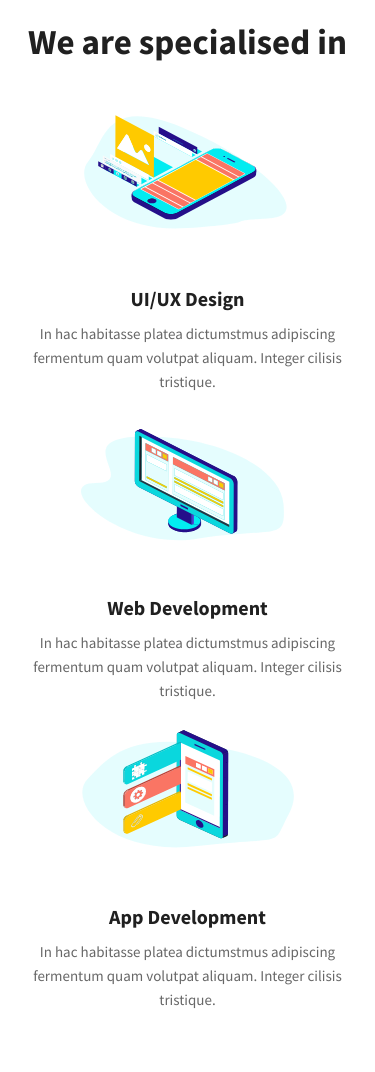
Repository: advert31337/marafon_from0to1_MartaUP
Page: index.html
These files come from the project's save history. The page is drawn as it stood at one moment and after the next save; the edit follows.
The browser window is 375 px wide. The pictures show the part of the page from y = 580 to 1652 px (the page is 1652 px tall before and 1647 px after).

Above is the page before, as saved 2020-03-08 15:34:07.

### index.html
<!DOCTYPE html>
<html lang="en">

<head>
    <meta charset="UTF-8">
    <meta name="viewport" content="width=device-width, initial-scale=1.0">
    <title>Marafon MartaUP</title>
    <link href="https://fonts.googleapis.com/css?family=Source+Sans+Pro:400,600,700&display=swap" rel="stylesheet">
    <link rel="stylesheet" href="css/reset.css">
    <link rel="stylesheet" href="css/slick.css">
    <link rel="stylesheet" href="css/style.css">
</head>

<body>
    <header class="header">

        <div class="container">
            <div class="header__top">

                <div class="logo">
                    <a href="#!">+
                        <img src="images/logo.svg" alt="">
                    </a>
                </div>

                <nav class="menu">
                    <div class="menu__btn">
                        <span>

                        </span>
                    </div>
                    <ul class="menu__list">
                        <li><a class="menu__list-item" href="#">home</a></li>
                        <li><a class="menu__list-item" href="#">work</a></li>
                        <li><a class="menu__list-item" href="#">about</a></li>
                        <li><a class="menu__list-item" href="#">contact</a></li>
                    </ul>
                </nav>

                <div class="header-btn">
                    <a class="login" href="#">login</a>
                    <a class="sign-up" href="#">sign up</a>
                </div>

            </div>

            <div class="header-slider">
                <div class="header-slider__item">
                    <div class="header-slider__item-content">

                        <div class="header-slider__item-info">
                            <h3 class="header-slider__title">
                                We Build Apps & Websites
                                for Your Business
                            </h3>
                            <div class="header-slider__description">
                                For startups, For businesses & For you
                            </div>
                            <a href="" class="header-slider__btn">Request a quote</a>
                        </div>

                        <div class="header-slider__item-images">
                            <img src="images/slider-img.png" alt="">
                        </div>
                    </div>
                </div>


                <div class="header-slider__item">
                    <div class="header-slider__item-content">

                        <div class="header-slider__item-info">
                            <h3 class="header-slider__title">
                                We Build Apps & Websites
                                for Your Business
                            </h3>
                            <div class="header-slider__description">
                                For startups, For businesses & For you
                            </div>
                            <a href="" class="header-slider__btn">Request a quote</a>
                        </div>

                        <div class="header-slider__item-images">
                            <img src="images/slider-img.png" alt="">
                        </div>
                    </div>
                </div>


                <div class="header-slider__item">
                    <div class="header-slider__item-content">

                        <div class="header-slider__item-info">
                            <h3 class="header-slider__title">
                                We Build Apps & Websites
                                for Your Business
                            </h3>
                            <div class="header-slider__description">
                                For startups, For businesses & For you
                            </div>
                            <a href="" class="header-slider__btn">Request a quote</a>
                        </div>

                        <div class="header-slider__item-images">
                            <img src="images/slider-img.png" alt="">
                        </div>
                    </div>
                </div>


                <div class="header-slider__item">
                    <div class="header-slider__item-content">

                        <div class="header-slider__item-info">
                            <h3 class="header-slider__title">
                                We Build Apps & Websites
                                for Your Business
                            </h3>
                            <div class="header-slider__description">
                                For startups, For businesses & For you
                            </div>
                            <a href="" class="header-slider__btn">Request a quote</a>
                        </div>

                        <div class="header-slider__item-images">
                            <img src="images/slider-img.png" alt="">
                        </div>
                    </div>
                </div>


                <div class="header-slider__item">
                    <div class="header-slider__item-content">

                        <div class="header-slider__item-info">
                            <h3 class="header-slider__title">
                                We Build Apps & Websites
                                for Your Business
                            </h3>
                            <div class="header-slider__description">
                                For startups, For businesses & For you
                            </div>
                            <a href="" class="header-slider__btn">Request a quote</a>
                        </div>

                        <div class="header-slider__item-images">
                            <img src="images/slider-img.png" alt="">
                        </div>
                    </div>
                </div>
            </div>

        </div>

    </header>

    <section class="specialised">
        <div class="container">
            <div class="specialised__title title">
                We are specialised in
            </div>
            <div class="specialised__items">
                <div class="specialised__item">
                    <div class="specialised__item-img">
                        <img src="images/specialise-1.svg" alt="">
                    </div>

                    <div class="specialise__item-title">
                        UI/UX Design
                    </div>
                    <div class="specialise__item-text">
                        In hac habitasse platea dictumstmus adipiscing fermentum quam volutpat aliquam. Integer cilisis tristique.
                    </div>
                </div>
                <div class="specialised__item">
                    <div class="specialised__item-img">
                        <img src="images/specialise-2.svg" alt="">
                    </div>
                    <div class="specialise__item-title">
                        Web Development
                    </div>
                    <div class="specialise__item-text">
                        In hac habitasse platea dictumstmus adipiscing fermentum quam volutpat aliquam. Integer cilisis tristique.
                    </div>
                </div>
                <div class="specialised__item">
                    <div class="specialised__item-img">
                        <img src="images/specialise-3.svg" alt="">
                    </div>
                    <div class="specialise__item-title">
                        App Development
                    </div>
                    <div class="specialise__item-text">
                        In hac habitasse platea dictumstmus adipiscing fermentum quam volutpat aliquam. Integer cilisis tristique.
                    </div>
                </div>
            </div>
        </div>
    </section>

    <!-- <section class="advantages">
        <div class="container">

            <div class="advantages-box">
                <div class="advantages-box__info">
                    <div class="advantages-box__title">
                        Experienced Designers & Developers
                    </div>
                    <div class="advantages-box__text">
                        <p>
                            Nam dapibus nisl vitae elit fringilla rutrum. Aenean sollicitudin, erat a elementum rutrum, neque sem pretium metus, quis mollis nisl nunc et massa.
                        </p>
                        <p>
                            Vestibulum sed metus in lorem tristique ullamcorper id vitae erat.
                        </p>
                    </div>
                </div>

                <div class="advantages-box__img">
                    <img src="images/advantages-1.png" alt="">
                </div>
            </div>

            <div class="advantages-box advantages-box--right">
                <div class="advantages-box__info">
                    <div class="advantages-box__title">
                        Information Architect &
                        Visual Prototyping
                    </div>
                    <div class="advantages-box__text">
                        <p>
                            Nam dapibus nisl vitae elit fringilla rutrum. Aenean sollicitudin, erat a elementum rutrum, neque sem pretium metus, quis mollis nisl nunc et massa.
                        </p>
                        <p>
                            Vestibulum sed metus in lorem tristique ullamcorper id vitae erat. Nulla mollis sapien sollicitudin lacinia lacinia. Nam dapibus nisl vitae elit fringilla rutrum. Aenean sollicitudin, erat a elementum rutrum, neque sem pretium metus, quis mollis nisl nunc et massa
                        </p>
                    </div>
                </div>
                <div class="advantages-box__img">
                    <img src="images/advantages-2.png" alt="">
                </div>
            </div>

            <div class="advantages-box">
                <div class="advantages-box__info advantages-box__info--bg">
                    <div class="advantages-box__title">
                        Idea Generation & Foundation
                    </div>
                    <div class="advantages-box__text">
                        <p>
                            Nam dapibus nisl vitae elit fringilla rutrum. Aenean sollicitudin, erat a elementum rutrum, neque sem pretium metus, quis mollis nisl nunc et massa. Nam dapibus nisl vitae elit fringilla rutrum. Aenean sollicitudin, erat a elementum rutrum, neque sem pretium metus, quis mollis nisl nunc et massa    Vestibulum sed metus in lorem tristique ullamcorper id vitae erat. Nulla mollis sapien sollicitudin lacinia lacinia. Nam dapibus nisl vitae elit fringilla rutrum. Aenean sollicitudin, erat a elementum rutrum, neque sem pretium metus, quis mollis nisl nunc et massa
                        </p>
                    </div>
                </div>

                <div class="advantages-box__img">
                    <img src="images/advantages-3.png" alt="">
                </div>
            </div>
        </div>
    </section> -->

    <!-- <section class="reviews">
        <div class="container">
            <div class="reviews__title title">
                Don’t Just Take Our Words
            </div>
            <div class="reviews__items">

                <div class="reviews__item">
                    <div class="reviews__item-head">
                        <img src="images/rev-1.jpg" alt="">
                        <div class="reviews__item-info">
                            <div class="reviews__item-name">
                                Arakat Bank
                            </div>
                            <div class="reviews__item-position">
                                International Bank Ltd.
                            </div>
                        </div>
                    </div>
                    <div class="reviews__item-text">
                        Fusce vehicula dolor arcu, sit amet blandit dolor mollis nec. Donec viverra eleifend lacus, vitae ullamcorper metus. Sed sollicitudin ipsum.
                    </div>
                </div>

                <div class="reviews__item">
                    <div class="reviews__item-head">
                        <img src="images/rev-2.jpg" alt="">
                        <div class="reviews__item-info">
                            <div class="reviews__item-name">
                                Chrsitopher Company Ltd.
                            </div>
                            <div class="reviews__item-position">
                                Design & Development
                            </div>
                        </div>
                    </div>
                    <div class="reviews__item-text">
                        Fusce vehicula dolor arcu, sit amet blandit dolor mollis nec. Donec viverra eleifend lacus, vitae ullamcorper metus. Sed sollicitudin ipsum.
                    </div>
                </div>

                <div class="reviews__item">
                    <div class="reviews__item-head">
                        <img src="images/rev-3.jpg" alt="">
                        <div class="reviews__item-info">
                            <div class="reviews__item-name">
                                Jigsawlab Studio Inc.
                            </div>
                            <div class="reviews__item-position">
                                Interactive Prototyping
                            </div>
                        </div>
                    </div>
                    <div class="reviews__item-text">
                        Fusce vehicula dolor arcu, sit amet blandit dolor mollis nec. Donec viverra eleifend lacus, vitae ullamcorper metus. Sed sollicitudin ipsum.
                    </div>
                </div>

            </div>
        </div>
    </section> -->

    <!-- <footer class="footer">
        <div class="container">
            <div class="footer__inner">
                <div class="footer__link">
                    <a href="#">About Martaup</a>
                    <a href="#">Help</a>
                    <a href="#">Privacy Policy</a>
                </div>
                <div class="footer__copy">
                    © 2013-2018 All rights reserved.
                </div>
            </div>
        </div>
    </footer> -->


    <script src="https://ajax.googleapis.com/ajax/libs/jquery/3.4.1/jquery.min.js"></script>
    <script src="js/slick.min.js"></script>
    <script src="js/main.js"></script>
</body>

</html>

### css/style.css
*{
    box-sizing: border-box;
}

body {
    font-family: 'Source Sans Pro', sans-serif;
    font-size: 15px;
    line-height: 24px;
}

a {
    text-decoration: none;
    color: inherit;
}
.header {
    background-image: url('../images/header-bg.jpg');
    min-height: 793px;
    background-repeat: no-repeat;
    background-size: cover;
    background-position: top center;
}

.container {
    max-width: 1200px;
    margin: 0 auto;
    padding: 0 15px 0 15px;

}

.header__top {
    display: flex;
    justify-content: space-between;
    height: 100px;
    align-items: center;
}

.menu__list {
    display: flex;
}

.menu__list li + li {
    padding-left: 50px;

}

.login {
    margin-right: 44px;
    color: #fff;
    text-transform: uppercase;
    font-weight: 600;
}

.menu__list a{
    opacity: 0.5;
    color: #fff;
    font-weight: 600;
    text-transform: uppercase;
    transition: all 0.5s;
}

.menu__list a:hover {
    opacity: 1;
}

.sign-up {
    text-transform: uppercase;
    color: #250f8a;
    font-weight: 600;
    background-color: #fff;
    padding: 8px 43px;
    border-radius: 20px;

}

.header-slider {
    padding-top: 111px;
}
.header-slider__item {

}
.header-slider__item-content {
    display: flex;
    justify-content: space-between;
}
.header-slider__item-info {
    max-width: 506px;
    color:#fff;
}
.header-slider__title {
    font-weight: 700;
    font-size: 45px;
    line-height: 60px;
    margin-bottom: 10px;
}
.header-slider__description {
    line-height: 55px;
    font-size: 24px;
    margin-bottom: 60px;
}
.header-slider__btn {
    font-weight: 600;
    text-transform: uppercase;
    color: #250F8A;
    padding: 13px 39px;
    background-color: #FFCA00;
    border-radius: 25px;
}
.header-slider__item-images {
    margin: 10px 82px 0 0;
}

.header-dots{
    list-style: none;
    position: absolute;
    right: 0;
    top: 50%;
    transform: translateY(-50%)
}

.header-dots button {
    border: none;
    background-color: #fff;
    opacity: 0.5;
    font-size: 0;
    padding: 0;
    width: 7px;
    height: 7px;
    border-radius: 3.5px;
    cursor: pointer;
    outline: none;
    margin: 10px auto;
    display: block;
}

.header-dots .slick-active button{
    width: 15px;
    opacity: 1;
}

.specialised{
    padding: 55px 0 93px;
    background-image: url(../images/special-bg.svg);
    background-position: left bottom;
    background-repeat: no-repeat;
    color: #202020;
    text-align: center;
}

.specialised__title {
    margin-bottom: 96px;
}
.title {
    font-size: 35px;
    line-height: 45px;
    font-weight: 700;
    text-align: center;
}

.specialised__items {
    display: flex;
    justify-content: space-between;
    max-width: 980px;
    margin: 0 auto;

}
.specialised__item {
    width: 280px;
}
.specialised__item-img {
    margin-bottom: 23px;
    min-height: 159px;
}
.specialise__item-title {
    margin-bottom: 11px;
    font-size: 20px;
    font-weight: 700;
}
.specialise__item-text {
   padding: 0 10px;
   color: #272727;
   opacity: 0.7;
}


.advantages {
    padding-top: 64px;
    background: #f4f9fd;
    background-image: url(../images/advantages-bg.svg);
    background-repeat: no-repeat;
    background-position: center right;
}

.advantages-box {
    display: flex;
    justify-content: space-between;
    padding-bottom: 76px;
}

 .advantages-box--right .advantages-box__info{
    order: 1;
    background-image: url(../images/title-bg-2.svg);
    background-position: 22px 130px;
}
.advantages-box__info {
    max-width: 455px;
    padding-top: 60px;
    background-image: url(../images/title-bg-1.svg);
    background-repeat: no-repeat;
    background-position: 22px 76px;
}

.advantages-box__info--bg{
    background-image: url(../images/title-bg-3.svg);
    background-position: 5px 105px;
}


.advantages-box__title {
    color: #202020;
    font-size: 35px;
    line-height: 45px;
    font-weight: 700;
    padding: 68px 0 15px 48px;

}
.advantages-box__text {
    padding-left: 48px;
    color: #272727;
}

.advantages-box__text p{
    margin: 12px 0;
}


.reviews {
    background-image: url(../images/reviews-bg.jpg);
    background-repeat: no-repeat;
    background-position: top center;
    background-size: cover;
    padding: 38px 53px;
}

.reviews__title {
    color: #fff;
    margin: 0 auto 48px;
    max-width: 384px;
}
.reviews__items {
    max-width: 940px;
    margin: 0 auto;
    display: flex;
    justify-content: space-between;
}
.reviews__item {
    width: 300px;
    border-radius: 5px;
    background-color: rgba(255, 255, 255, .2);
    padding: 35px 20px;
    color: #fff;
}
.reviews__item-head {
    margin-bottom: 13px;
    display: flex;
}

.reviews__item-head img{
    border-radius: 50%;
    margin-right: 20px;
}

.reviews__item-name {
    font-weight: 600;
}
.reviews__item-position {
    opacity: .5;
}
.reviews__item-text {
    text-align: center;
    padding-top: 39px;
    position: relative;
}

.reviews__item-text::before{
    content: "“";
    font-size: 40px;
    line-height: 55px;
    font-weight: 700;
    position: absolute;
    top: 0;
    left: 0;
    right: 0;
}

.footer{

}

.footer__inner {
    display: flex;
    justify-content: space-between;
    align-items: center;
    height: 61px;
    color: #272727;
    padding: 0 40px;
}
.footer__link a + a {
    margin-left: 20px;
}




@media (max-width: 1201px){
    .specialised{
        background-size: 60px;
    }
}

@media (max-width: 1190px){
    .header-slider__item-images{
        margin: 50px 20px 0 0;
    }
    .header-slider__item-images img{
        width: 80%;
    }
    .header-slider__item-info{
        padding: 50px 0;
    }

    .header-slider{
        padding-top: 25px;
    }
}

@media (max-width: 1080px){
    .specialised{
        background-image: none;
    }
}


@media (max-width: 924px){
    .header__top{
        flex-wrap: wrap;
    }

    .header-btn{
        width: 100%;
        text-align: right;
    }

    .login{
        margin-right: 30px;
    }

}

@media (max-width: 900px){
    .header-slider__item-images{
        display: none;
    }
}

@media (max-width: 775px) {
    .specialised{
        padding: 20px 0 40px;
    }

    .specialised__title{
        margin-bottom: 40px;
    }

    .specialised__items{
        flex-wrap: wrap;
    }

    .specialised__item{
        width: 50%;
        margin-bottom: 20px;
    }
}

@media (max-width: 570px) {
    .menu__list{
        display: none;
        position: absolute;
        top: 120px;
        left: 0;
        text-align: center;
        width: 100%;
        background-color: #1a50a8;
        z-index: 5;
    }

    .menu__list li + li{
        padding-left: 0;
    }

    .menu__list a{
        display: block;
        padding: 10px;
    }

    .menu__btn{
        width: 30px;
        height: 20px;
        position: relative;

    }

    .menu__btn span{
        width: 100%;
        height: 2px;
        background-color: #fff;
        top:9px;
        position: absolute;
    }

    .menu__btn::after,
    .menu__btn::before{
        content: "";
        height: 2px;
        width: 100%;
        background-color: #fff;
        position: absolute;
    }

    .menu__btn::after{
        top: 0;
    }

    .menu__btn::before{
        bottom: 0;
    }

    .header-slider__item-info{
        padding: 10px 30px 10px 0;
    }

    .header{
        min-height: 580px;
    }

    .header-slider__description{
        margin-bottom: 20px;
        font-size: 20px;
        line-height: 35px;
    }

    .header-slider__title{

        font-size: 35px;
        line-height: 45px;

    }


    .specialised__items{
        display: block;
    }

    .specialised__item{
        width: 100%;

    }



}

@media (min-width: 570px){
    .menu__list{
        display: flex !important;
    }

}

### js/main.js
$(function(){
    $('.header-slider').slick({
        arrows: false,
        vertical: true,
        dots: true,
        dotsClass: 'header-dots',
        autoplay: 2000,

    })

    $('.menu__btn').on('click', function(){
        $('.menu__list').slideToggle()
    })
})

Loaded but not shown: css/reset.css (common file); css/slick.css (common file); js/slick.min.js (library)

After the next save:
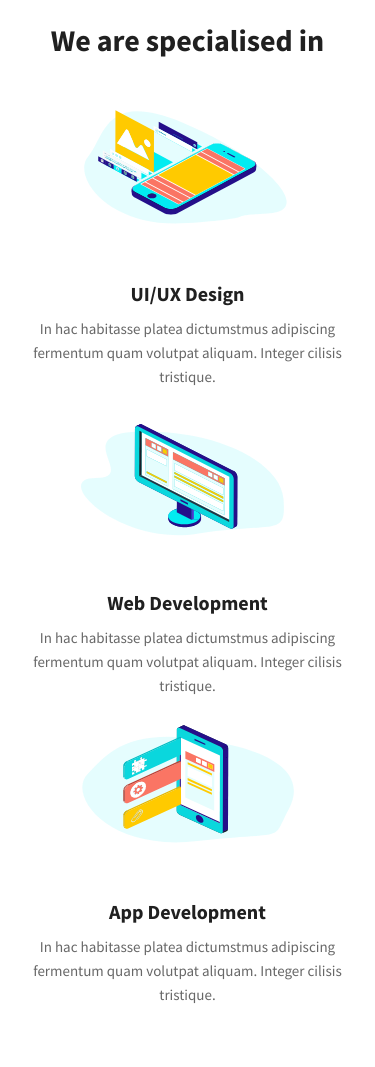
Saved 55 s later.
--- a/css/style.css
+++ b/css/style.css
@@ -465,6 +465,11 @@ a {
 
     }
 
+    .title{
+        font-size: 30px;
+        line-height: 40px;
+    }
+
 
 
 }
